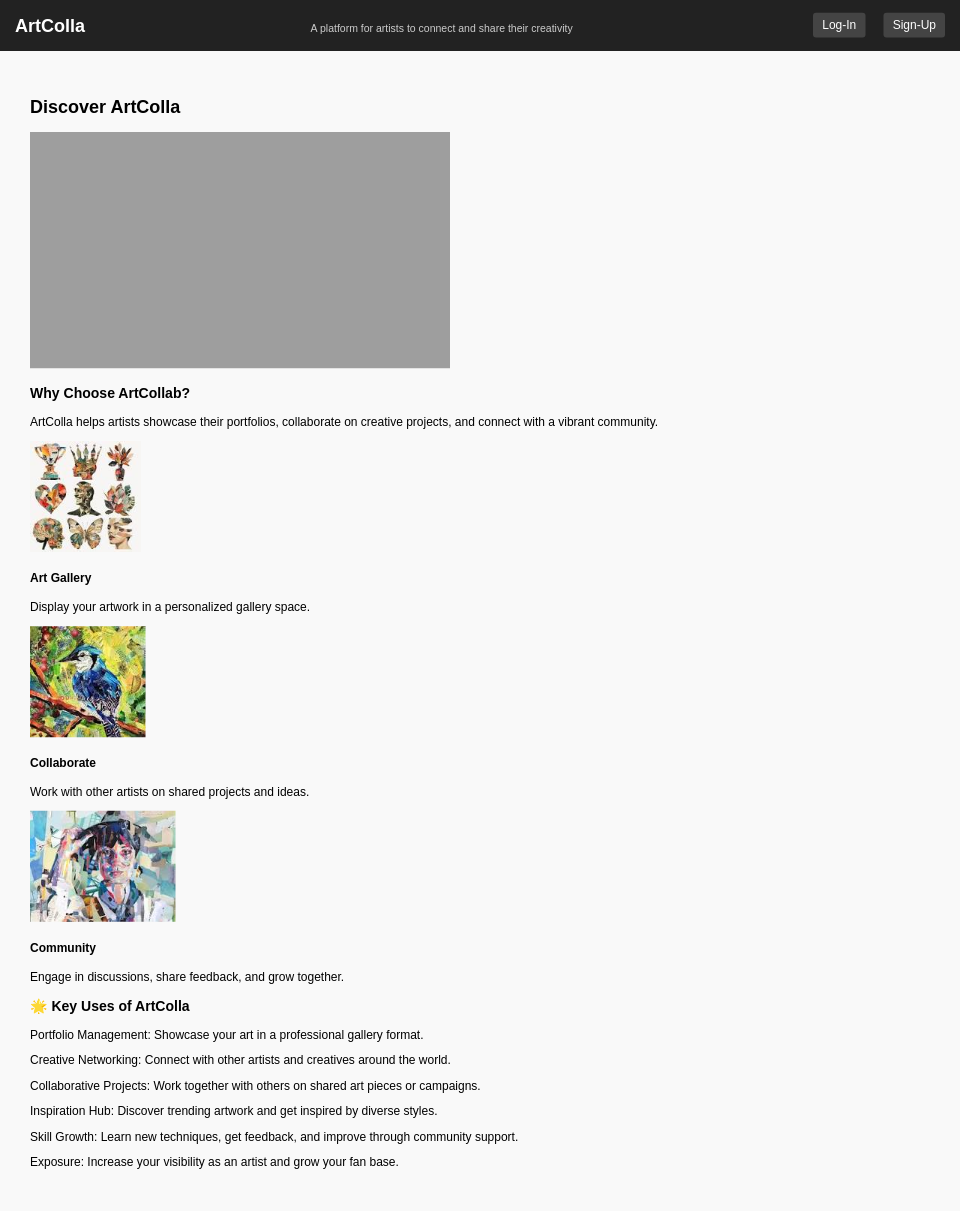
Repository: jeevanReddyP/ArtCollab_App
Page: index.html
An editor plug-in stored every save of this project. The page is shown before and after the next save, followed by the edit.
The browser window is 1280 px wide. The pictures show the whole page, at 75% of full size.
Pictures or frames that could not be fetched are drawn as grey boxes.

Above is the page before, as saved 2025-06-11 16:41:47.

### index.html
<!DOCTYPE html>
<html lang="en">
<head>
    <meta charset="UTF-8">
    <meta name="viewport" content="width=device-width, initial-scale=1.0">
    <title>Document</title>
    <link rel="stylesheet" href="index.css">
</head>
<body>
    <div id="navbar">
                 <h2>ArtColla</h2>
            <p>A platform for artists to connect and share their creativity</p>
            <div class="links">
            <a href="login.html">Log-In</a>
            <a href="signup.html">Sign-Up</a>
            </div>
    </div>
   <main id="home-page">
     <section class="intro-video">
  <h2>Discover ArtColla</h2>
  <iframe width="560" height="315"
          src="https://www.youtube.com/embed/BIj71N1tk-0"
          title="Discover ArtColla"
          frameborder="0"
          allow="accelerometer; autoplay; clipboard-write; encrypted-media; gyroscope; picture-in-picture; web-share"
          allowfullscreen>
  </iframe>
</section>
<section class="app-details">
<h3>Why Choose ArtCollab?</h3>
 <p>ArtColla helps artists showcase their portfolios, collaborate on creative projects, and connect with a vibrant community.</p>

  <div class="features">
      <div class="feature">
        <img src="data:[embedded picture, 9487 characters]" alt="Gallery Feature">
        <h4>Art Gallery</h4>
        <p>Display your artwork in a personalized gallery space.</p>
      </div>

      <div class="feature">
        <img src="data:[embedded picture, 12939 characters]" alt="Collaboration Feature">
        <h4>Collaborate</h4>
        <p>Work with other artists on shared projects and ideas.</p>
      </div>

      <div class="feature">
        <img src="data:[embedded picture, 12347 characters]" alt="Community Feature">
        <h4>Community</h4>
        <p>Engage in discussions, share feedback, and grow together.</p>
      </div>
    </div>
</section>
<section class="discription">
<p>
   <h3> 🌟 Key Uses of ArtColla</h3>
<p>Portfolio Management: Showcase your art in a professional gallery format.</p>
<p>Creative Networking: Connect with other artists and creatives around the world.</p>
<p>Collaborative Projects: Work together with others on shared art pieces or campaigns.</p>
<p>Inspiration Hub: Discover trending artwork and get inspired by diverse styles.</p>
<p>Skill Growth: Learn new techniques, get feedback, and improve through community support.</p>
<p>Exposure: Increase your visibility as an artist and grow your fan base.</p>
</section>
  </main>
</body>
</html>

### index.css
body{
  margin: 0%;
  font-family: sans-serif;
}
#navbar{
background-color:#222;
color: white;
display: flex;
padding: 20px;
justify-content: space-between;
align-items: center;
flex-wrap: wrap;
}
#navbar h2{
   margin: 0;
   font-size: 24px;
}
#navbar p{
    margin: 5px 0 0 0;
    font-size: 14px;
    color: #ccc;
}
.links a{
margin-left: 20px;
text-decoration: none;
color: white;
background-color: #444;
padding: 8px 12px;
border-radius: 4px;
transition: backgroun-color 0.3s;
}
.nav-links a:hover {
  background-color: #666;
}
#home-page{
    padding: 40px;
    background-color: #f9f9f9;
}
#home-page.intro-video{

}

After the next save:
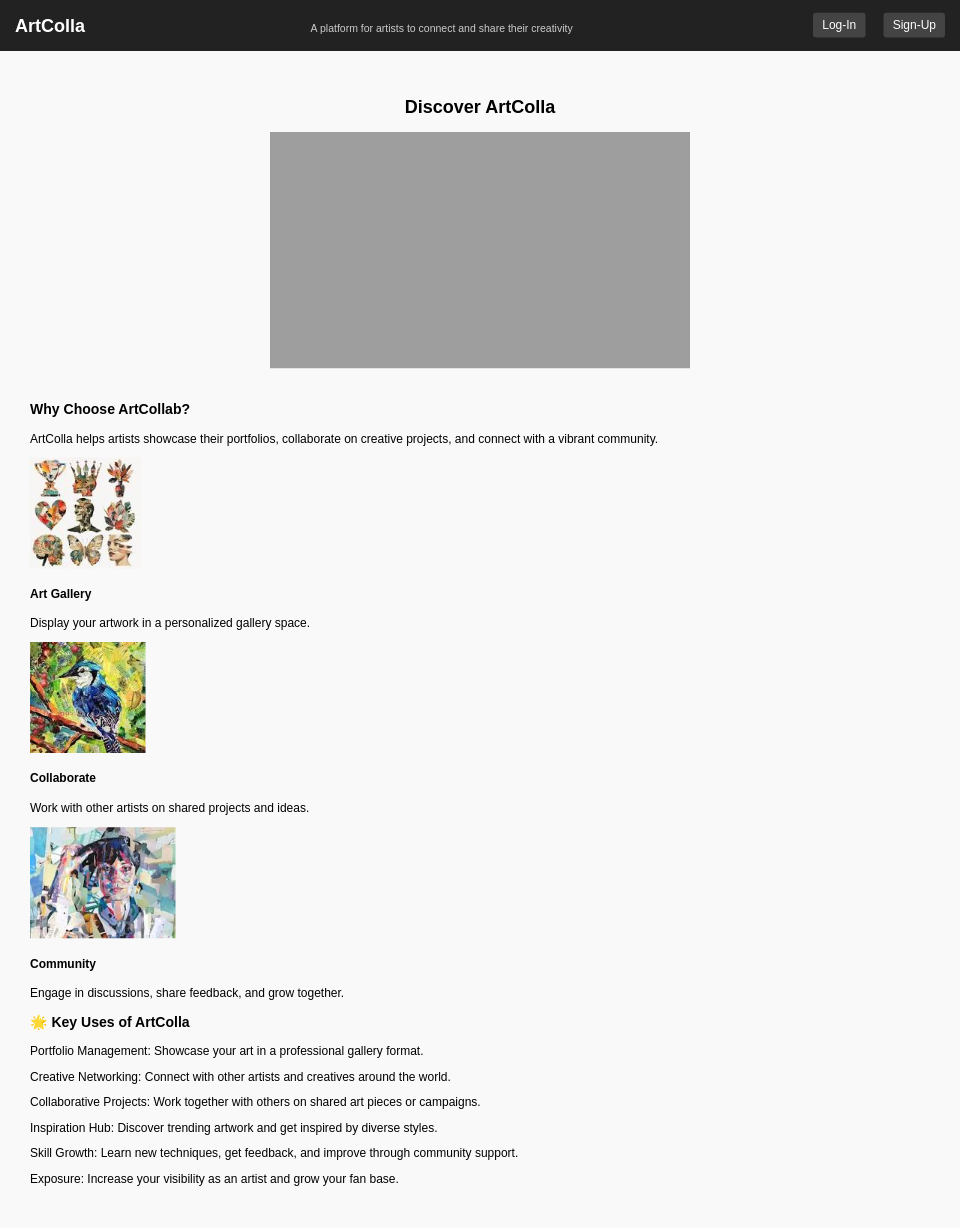
Saved 31 s later.
--- a/index.css
+++ b/index.css
@@ -36,6 +36,7 @@ transition: backgroun-color 0.3s;
     padding: 40px;
     background-color: #f9f9f9;
 }
-#home-page.intro-video{
-
+.intro-video {
+  text-align: center;
+  margin-bottom: 40px;
 }
